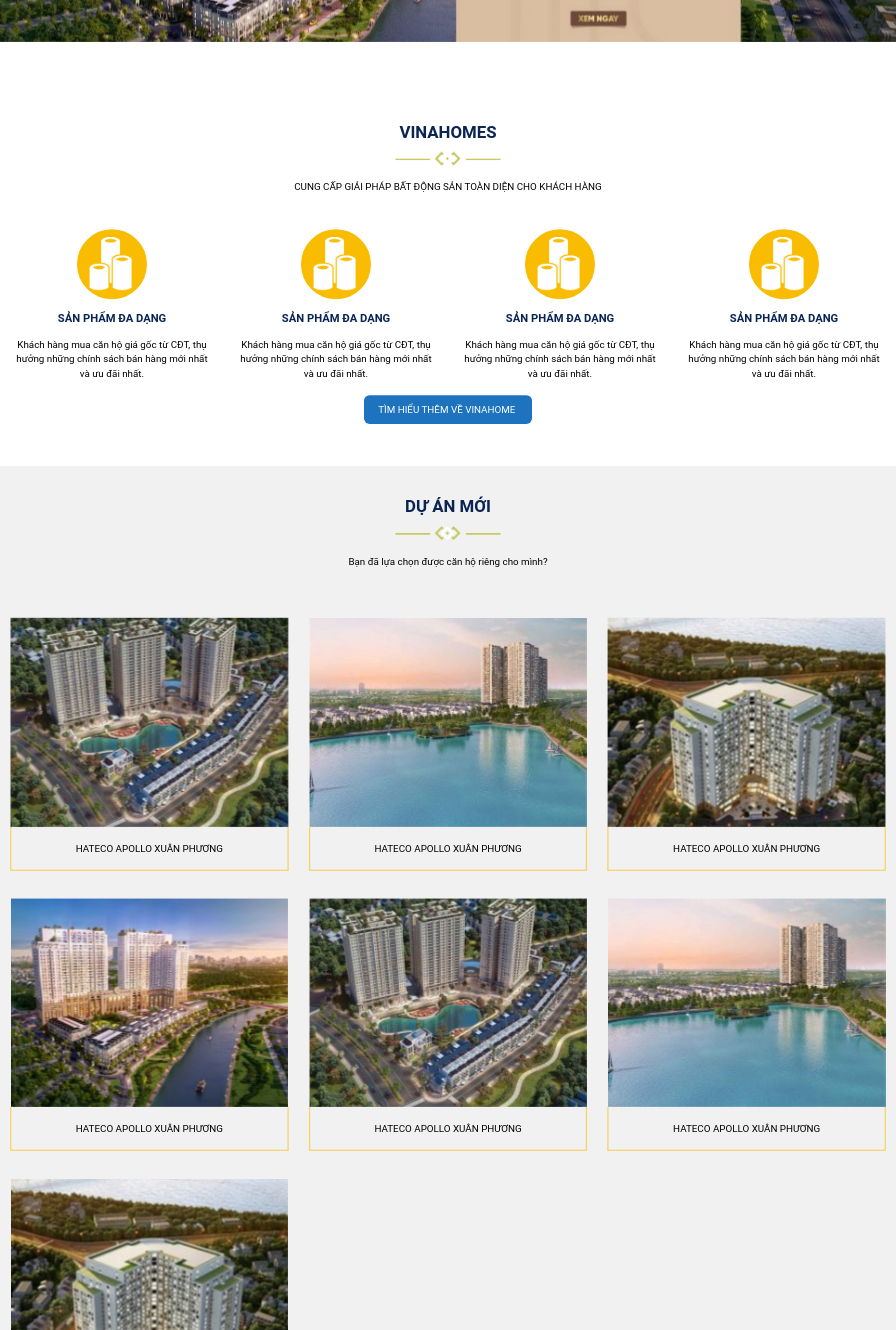
Repository: phamphuc2/fontend-bds
Page: index.html
An editor plug-in stored every save of this project. The page is shown before and after the next save, followed by the edit.
The browser window is 1280 px wide. The pictures show the part of the page from y = 501 to 2401 px (the page is 3265 px tall before and 2864 px after), at 70% of full size.
A picture or video elsewhere on the page could not be fetched, so the positions and the page height are approximate. Some web libraries are served in a nearby version.

Above is the page before, as saved 2022-06-08 15:56:44.

### index.html
<!DOCTYPE html>
<html lang="en">

<head>
    <meta charset="UTF-8">
    <meta http-equiv="X-UA-Compatible" content="IE=edge">
    <meta name="viewport" content="width=device-width, initial-scale=1.0">
    <title>BDS</title>
    <!-- linl css -->
    <link rel="stylesheet" href="libs/slick/slick.css">
    <link rel="stylesheet" href="libs/slick/slick-theme.css">
    <link rel="stylesheet" href="./assets/css/bootstrap.css">
    <link rel="stylesheet" href="./assets/css/theme.css">
    <link rel="stylesheet " href="./style.css ">
    <!-- link thư viện -->
    <link rel="stylesheet " href="https://cdnjs.cloudflare.com/ajax/libs/font-awesome/6.1.1/css/all.min.css ">
    <!-- link font -->
    <link rel="preconnect" href="https://fonts.googleapis.com">
    <link rel="preconnect" href="https://fonts.gstatic.com" crossorigin>
    <link href="https://fonts.googleapis.com/css2?family=Roboto+Flex:opsz,wght@8..144,200;8..144,300;8..144,400;8..144,500;8..144,600;8..144,700;8..144,800;8..144,900&display=swap" rel="stylesheet">
</head>

<body>
    <!-- Header -->
    <header class="header">
        <div class="header-top">
            <div class="container">
                <div class="inner">
                    <div class="box-left">
                        <div class="map">
                            <i class="fa-solid fa-location-dot"></i>
                            <span>Phước sơn, Quảng Nam</span>
                        </div>
                        <div class="phone">
                            <i class="fa-solid fa-phone"></i>
                            <span>0397111570</span>
                        </div>
                    </div>
                    <div class="box-right">
                        <ul class="list-info">
                            <li class="item">
                                <a href="">
                                    <i class="fa-brands fa-facebook-f"></i>
                                </a>
                            </li>
                            <li class="item">
                                <a href="">
                                    <i class="fa-brands fa-instagram"></i>
                                </a>
                            </li>
                            <li class="item">
                                <a href="">
                                    <i class="fa-brands fa-twitter"></i>
                                </a>
                            </li>
                        </ul>
                    </div>
                </div>
            </div>
        </div>

        <div class="header-bottom">
            <div class="container">
                <div class="inner">
                    <div class="header-bottom-left">
                        <a href="">
                            <div class="logo">
                                <img src="./assets/images/logo.png" alt="">
                            </div>
                        </a>
                    </div>
                    <div class="header-bottom-right">
                        <ul class="menu">
                            <li>
                                <a href="./index.html">Trang chủ</a>
                            </li>
                            <li>
                                <a href="./about.html">Giới Thiệu</a>
                            </li>
                            <li>
                                <a href="./taxonomy.html">Dự Án</a>
                            </li>
                            <li>
                                <a href="./taxonomy.html">Tin Tức</a>
                            </li>
                            <li>
                                <a href="./blogs.html">Tuyển Dụng</a>
                            </li>
                            <li>
                                <a href="./contact.html">Liên hệ</a>
                            </li>
                        </ul>
                        <div class="btn-project">
                            <a href="">ĐĂNG KÝ DỰ ÁN</a>
                        </div>
                    </div>

                </div>
            </div>
        </div>
    </header>
    <!-- End header -->

    <!-- slide-home -->
    <section class="slide-home">
        <div class="box-slide">
            <div class="box-item">
                <div class="img-wrap">
                    <img src="/assets/images/slide-bg-1.jpg" alt="">
                </div>
                <div class="img-wrap">
                    <img src="./assets/images/slide-bg-2.jpg" alt="">
                </div>
                <div class="img-wrap">
                    <img src="./assets/images/slide-bg-3.jpg" alt="">
                </div>

            </div>
        </div>
        <div class="arrow">
            <a class="arrow-left">
                <i class="fa-solid fa-chevron-left icon-arrow-left"></i>
            </a>
            <a class="arrow-right">
                <i class="fa-solid fa-chevron-right icon-arrow-right"></i>
            </a>
        </div>
    </section>
    <!-- end slide-home -->

    <!-- section vinahome -->
    <section class="vinahome">
        <div class="container">
            <div class="row">
               <div class="col-12">
                    <div class="inner-top">
                        <h2 class="title">VINAHOMES</h2>
                        <div class="is-drive"></div>
                        <p class="desc">CUNG CẤP GIẢI PHÁP BẤT ĐỘNG SẢN TOÀN DIỆN CHO KHÁCH HÀNG</p>
                    </div>
               </div>
               <div class="col-lg-3">
                  <div class="item">
                        <div class="icon">
                            <img src="./assets/images/icon1.png" alt="">
                        </div>
                        <div class="content">
                            <h2 class="title">SẢN PHẨM ĐA DẠNG</h2>
                        <p class="desc">Khách hàng mua căn hộ giá gốc từ CĐT, thụ hưởng những chính sách bán hàng mới nhất và ưu đãi nhất.</p>
                        </div>
                  </div>
               </div>
               <div class="col-lg-3">
                <div class="item">
                      <div class="icon">
                          <img src="./assets/images/icon1.png" alt="">
                      </div>
                      <div class="content">
                          <h2 class="title">SẢN PHẨM ĐA DẠNG</h2>
                      <p class="desc">Khách hàng mua căn hộ giá gốc từ CĐT, thụ hưởng những chính sách bán hàng mới nhất và ưu đãi nhất.</p>
                      </div>
                </div>
             </div>
             <div class="col-lg-3">
                <div class="item">
                      <div class="icon">
                          <img src="./assets/images/icon1.png" alt="">
                      </div>
                      <div class="content">
                          <h2 class="title">SẢN PHẨM ĐA DẠNG</h2>
                      <p class="desc">Khách hàng mua căn hộ giá gốc từ CĐT, thụ hưởng những chính sách bán hàng mới nhất và ưu đãi nhất.</p>
                      </div>
                </div>
             </div>
             <div class="col-lg-3">
                <div class="item">
                      <div class="icon">
                          <img src="./assets/images/icon1.png" alt="">
                      </div>
                      <div class="content">
                          <h2 class="title">SẢN PHẨM ĐA DẠNG</h2>
                      <p class="desc">Khách hàng mua căn hộ giá gốc từ CĐT, thụ hưởng những chính sách bán hàng mới nhất và ưu đãi nhất.</p>
                      </div>
                </div>
             </div>
            <div class="col-12">
                <div class="btn-learn-about">
                    <a href="">
                        TÌM HIỂU THÊM VỀ VINAHOME
                        <svg width="30" height="8" viewBox="0 0 30 8" fill="none" xmlns="http://www.w3.org/2000/svg">
                            <path d="M29.3536 4.35355C29.5488 4.15829 29.5488 3.84171 29.3536 3.64645L26.1716 0.464466C25.9763 0.269204 25.6597 0.269204 25.4645 0.464466C25.2692 0.659728 25.2692 0.976311 25.4645 1.17157L28.2929 4L25.4645 6.82843C25.2692 7.02369 25.2692 7.34027 25.4645 7.53553C25.6597 7.7308 25.9763 7.7308 26.1716 7.53553L29.3536 4.35355ZM0 4.5H29V3.5H0V4.5Z" fill="#fff"></path>
                        </svg>
                    </a>

                </div>
            </div>

            </div>
        </div>
    </section>
    <!-- end section vinahome -->

    <!-- section project -->
        <section class="project">
            <div class="container">
                <div class="row">
                    <div class="col-12">
                        <div class="inner-top">
                            <h2 class="title">DỰ ÁN MỚI</h2>
                            <div class="is-drive"></div>
                            <p class="desc">Bạn đã lựa chọn được căn hộ riêng cho mình?</p>
                        </div>
                   </div>
                   <div class="col-lg-4 mg">
                       <a href="" class="item">
                           <div class="img-wrap">
                               <img src="./assets/images/project1.jpg" alt="">
                           </div>
                           <div class="item-content">
                               <p class="title">HATECO APOLLO XUÂN PHƯƠNG</p>
                           </div>
                       </a>
                   </div>
                   <div class="col-lg-4 mg">
                    <a href="" class="item">
                        <div class="img-wrap">
                            <img src="./assets/images/project2.jpg" alt="">
                        </div>
                        <div class="item-content">
                            <p class="title">HATECO APOLLO XUÂN PHƯƠNG</p>
                        </div>
                    </a>
                </div>
                <div class="col-lg-4 mg">
                    <a href="" class="item">
                        <div class="img-wrap">
                            <img src="./assets/images/project3.jpg" alt="">
                        </div>
                        <div class="item-content">
                            <p class="title">HATECO APOLLO XUÂN PHƯƠNG</p>
                        </div>
                    </a>
                </div>
                <div class="col-lg-4 mg">
                    <a href="" class="item">
                        <div class="img-wrap">
                            <img src="./assets/images/project4.jpg" alt="">
                        </div>
                        <div class="item-content">
                            <p class="title">HATECO APOLLO XUÂN PHƯƠNG</p>
                        </div>
                    </a>
                </div>
                <div class="col-lg-4 mg">
                    <a href="" class="item">
                        <div class="img-wrap">
                            <img src="./assets/images/project1.jpg" alt="">
                        </div>
                        <div class="item-content">
                            <p class="title">HATECO APOLLO XUÂN PHƯƠNG</p>
                        </div>
                    </a>
                </div>
                <div class="col-lg-4 mg">
                    <a href="" class="item">
                        <div class="img-wrap">
                            <img src="./assets/images/project2.jpg" alt="">
                        </div>
                        <div class="item-content">
                            <p class="title">HATECO APOLLO XUÂN PHƯƠNG</p>
                        </div>
                    </a>
                </div>
                <div class="col-lg-4 mg">
                    <a href="" class="item">
                        <div class="img-wrap">
                            <img src="./assets/images/project3.jpg" alt="">
                        </div>
                        <div class="item-content">
                            <p class="title">HATECO APOLLO XUÂN PHƯƠNG</p>
                        </div>
                    </a>
                </div>
                </div>
            </div>
        </section>
    <!-- end section project -->
    <!-- footer -->
    <footer class="footer">
        <div class="footer-top">
            <div class="container">
                <div class="item">
                    <div class="title">ĐĂNG KÝ NHẬN THÔNG TIN</div>
                    <div class="from">
                        from đăng ký
                    </div>
                </div>
            </div>
        </div>
        <div class="footer-main">
            <div class="container">
                <div class="row">
                    <div class="col-md-6 col-lg-3">
                        <div class="footer-info">
                            <span class="title">THÔNG TIN LIÊN HỆ</span>
                            <ul class="box-info">
                                <li class="item">
                                    <i class="fa-solid fa-location-dot icon-footer"></i>
                                    <a href="" class="text">Phước Sơn, Quảng Nam</a>
                                </li>
                                <li class="item">
                                    <i class="fa-solid fa-phone icon-footer"></i>
                                    <a href="" class="text">0397111570</a>
                                </li>
                                <li class="item">
                                    <i class="fa-solid fa-envelope-open-text icon-footer"></i>
                                    <a href="" class="text">mac.convstar@gmail.com</a>
                                </li>
                                <li class="item">
                                    <i class="fa-brands fa-skype icon-footer"></i>
                                    <a href="" class="text">phamphuc</a>
                                </li>
                            </ul>
                        </div>
                    </div>
                    <div class="col-md-6 col-lg-3">
                        <div class="box-link">
                            <span class="title">LIÊN KẾT</span>
                            <ul class="item-link">
                                <li class="item">
                                    <a href="">Giới thiệu</a>
                                </li>
                                <li class="item">
                                    <a href="">Đồng hồ nam</a>
                                </li>
                                <li class="item">
                                    <a href="">Đồng hồ nữ</a>
                                </li>
                                <li class="item">
                                    <a href="">Blogs</a>
                                </li>
                                <li class="item">
                                    <a href="">Liên hệ</a>
                                </li>
                            </ul>
                        </div>
                    </div>
                    <div class="col-md-6 col-lg-3">
                        <div class="box-link">
                            <span class="title">HỖ TRỢ KHÁCH HÀNG</span>
                            <ul class="item-link">
                                <li class="item">
                                    <a href="">Hướng dẫn mua hàng</a>
                                </li>
                                <li class="item">
                                    <a href="">Hướng dẫn thanh toán</a>
                                </li>
                                <li class="item">
                                    <a href="">Chính sách bảo hành</a>
                                </li>
                                <li class="item">
                                    <a href="">Chính sách đổi trả</a>
                                </li>
                                <li class="item">
                                    <a href="">Tư vấn khách hàng</a>
                                </li>
                            </ul>
                        </div>
                    </div>
                    <div class="col-md-6 col-lg-3">
                        <div class="footer-social">
                            <span class="title">PP STORE ON SOCIAL</span>
                            <ul class="box-social">
                                <li class="item-social">
                                    <a href="">
                                        <i class="fa-brands fa-facebook-f icon-social"></i>
                                    </a>
                                </li>
                                <li class="item-social">
                                    <a href="">
                                        <i class="fa-brands fa-instagram icon-social"></i>
                                    </a>
                                </li>
                                <li class="item-social">
                                    <a href="">
                                        <i class="fa-brands fa-twitter icon-social"></i>
                                    </a>
                                </li>
                                <li class="item-social">
                                    <a href="">
                                        <i class="fa-solid fa-rss icon-social"></i>
                                    </a>
                                </li>
                                <li class="item-social">
                                    <a href="">
                                        <i class="fa-brands fa-linkedin-in icon-social"></i>
                                    </a>
                                </li>
                            </ul>
                            <span class="title">CHỨNG NHẬN PP STORE</span>
                            <div class="footer-vn_registered">
                                <img src="./assets/images/chungnhan.png" alt="">
                            </div>
                        </div>
                    </div>
                </div>
            </div>
        </div>
        <div class="footer-bottom">
            <div class="container">
                <div class="copy-right">© Bản quyền thuộc về . Thiết kế website PP Store </div>
            </div>
        </div>
    </footer>
    <!-- footer -->








    <script src="./assets/js/jquery.min.js"></script>
    <script src="libs/slick/slick.min.js"></script>
    <script src="./assets/js/theme.js"></script>
</body>

</html>

### style.css
/*!
    Theme Name: ppstore
    Theme URI: https://ppstore.vn
    Author: Sticky.vn
    Author URI: https://ppstore.vn
    Description: Website duoc thiet ke boi ppstore
    Version: 1.0.0
    License: GNU General Public License v2 or later
    License URI: LICENSE
    Text Domain: ppstore
*/


/*
|--------------------------------------------------------------------------
| Theme CSS
|--------------------------------------------------------------------------
|
| About author: https://ppstore.vn/
|
*/

:root {
    --primary-color: #EDD54B;
    --btn-color: #78944F;
    --background-main: #E5E5E5;
    --white-color: #ffffff;
    --dark-color: #373737;
    --gray-color: #D3D3D3;
    --gray-color-2: #F2F2F2;
    --text-color: #000;
    --border-color: #5A6B31;
    --font-family: 'Roboto', sans-serif;
    --border-radius: 8px;
}

.container {
    width: 1400px;
    max-width: 100%;
    margin: 0 auto;
    padding-left: 15px;
    padding-right: 15px;
}

html {
    font-family: var(--font-family);
    font-size: 62.5%;
    /*tương đương 10px*/
    line-height: 1.5;
    background-color: var(--white-color);
    overflow-x: hidden;
}

h1,
h2,
h3,
h4,
h5,
h6,
strong {
    font-family: var(--font-family), sans-serif;
    font-weight: bold;
}

ul,
ol {
    list-style: none;
}

a {
    color: var(--text-color);
    text-decoration: none;
    transition: all .3s ease-in-out;
    -webkit-transition: all .3s ease-in-out;
}

img {
    width: 100%;
    height: auto;
    object-fit: cover;
    transition: all .3s ease-in-out;
    -webkit-transition: all .3s ease-in-out;
}

.img-wrap {
    position: relative;
    height: auto;
    overflow: hidden;
    background-position: 50% 50%;
    background-size: cover;
    padding-top: 56.25%;
}

.img-wrap img {
    display: inline-block;
    vertical-align: middle;
    max-width: 100%;
    transform: translateZ(0);
    margin: 0 auto;
    right: 0;
    width: 100%;
    height: 100%;
    bottom: 0;
    left: 0;
    top: 0;
    position: absolute;
    object-position: 50% 50%;
    object-fit: cover;
}

.block-title {
    width: 80%;
    margin: 0 auto;
    margin-bottom: 32px
}

.block-title .title {
    font-family: var(--font-family);
    font-weight: 400;
    font-size: 3.2rem;
    line-height: 31px;
    color: var(--text-color);
    text-transform: uppercase;
}

.text-center {
    text-align: center;
}

.bg-image {
    background-repeat: no-repeat;
    background-position: center;
    background-size: cover;
}

.d-flex_align-center {
    display: flex;
    align-items: center;
}

.grid {
    display: flex;
    flex-wrap: wrap;
    margin-left: -20px;
}

.grid-item {
    padding-left: -20px;
}

.btn,
button {
    background: transparent;
    border: none;
    font-size: 1.4rem;
    outline: none;
}

.btn-border {
    border: 1px solid var(--border-color);
    border-radius: 8px;
    color: var(--border-color);
    font-weight: 500;
}

.section {
    padding: 40px 0;
}


/* Responsive */

@media screen and (max-width: 991px) {}

@media screen and (max-width: 767px) {}


/* End Responsive */

Loaded but not shown: libs/slick/slick.css (common file); libs/slick/slick-theme.css (library); assets/css/bootstrap.css (library); assets/js/jquery.min.js (library); libs/slick/slick.min.js (library); assets/js/theme.js (88 lines, source omitted); assets/css/theme.css (432 lines, source omitted)

After the next save:
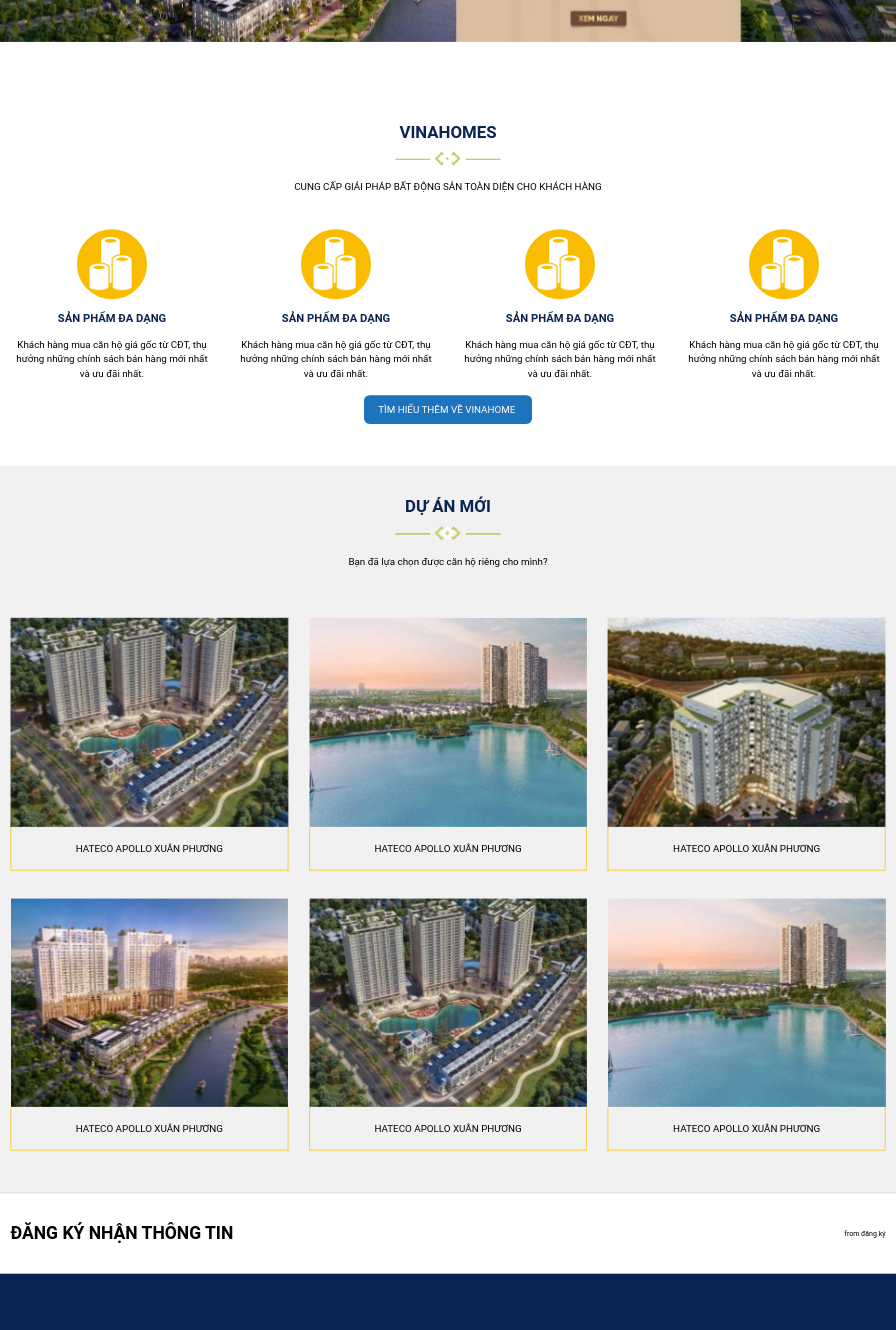
Saved 8 s later.
--- a/index.html
+++ b/index.html
@@ -271,16 +271,7 @@
                         </div>
                     </a>
                 </div>
-                <div class="col-lg-4 mg">
-                    <a href="" class="item">
-                        <div class="img-wrap">
-                            <img src="./assets/images/project3.jpg" alt="">
-                        </div>
-                        <div class="item-content">
-                            <p class="title">HATECO APOLLO XUÂN PHƯƠNG</p>
-                        </div>
-                    </a>
-                </div>
+
                 </div>
             </div>
         </section>
